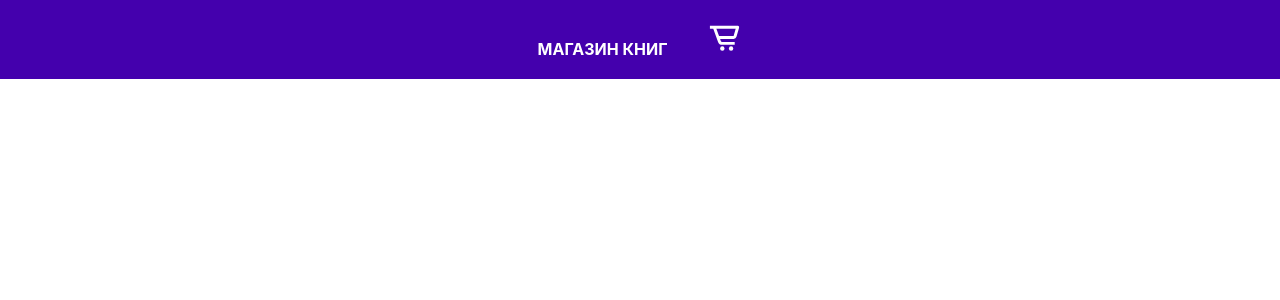
Repository: Minkeani/BookStore
Page: /support
An editor plug-in stored every save of this project. The page is shown before and after the next save, followed by the edit.
The browser window is 1280 px wide. The pictures show the whole page.
The project was rebuilt for these pictures with package versions that can differ from the ones it lists, and the page was loaded fresh each time. Also part of the build but not shown: src/components/BookBasket/BookBasket.css, src/components/BookBasket/BookBasket.jsx, src/components/HomePage/HomePage.css, src/components/CartBlock/BookBlock.css.

Above is the page before, as saved 2022-09-18 11:53:31.

### src/index.js
import React from "react";
import ReactDOM from "react-dom/client";
import "./index.css";
import { BrowserRouter } from "react-router-dom";
import App from "./App";

const root = ReactDOM.createRoot(document.getElementById("root"));
root.render(
  <BrowserRouter>
    <App />
  </BrowserRouter>
);

### src/App.js
import './App.css';
import Header from './components/Header/Header';

function App() {
  return (
    <div className="App">
      <Header/>
    </div>
  );
}

export default App;

### src/components/Header/Header.jsx
import React, { useState } from "react";
import RouteList from "../../routes/RouteList";
import { Link } from "react-router-dom";
import cn from "classnames";
import styles from "./Header.module.scss";
import BookBlock from "../CartBlock/BookBlock";

const Header = () => {
  const [active, setActive] = useState(false);

  return (
    <>
      <header>
        <ul
          className={cn(
            styles.topnav,
            active === true ? styles.responsive : ""
          )}
        >
          <li>
            <Link to="/">Магазин книг</Link>
          </li>
          <li>
            <Link to="/bookBasket">
              <BookBlock />
            </Link>
          </li>
          <li className={styles.icon}>
            <a href="#" onClick={() => setActive(!active)}>
              ☰
            </a>
          </li>
        </ul>
      </header>
      <RouteList />
    </>
  );
};

export default Header;

### src/routes/RouteList.jsx
import React from "react";
import { routes } from "./routes";
import { Routes, Route, Navigate } from "react-router-dom";

const RouteList = () => {
  return (
    <Routes>
      {routes.map((route) => (
        <Route key={route.path} path={route.path} element={<route.element />} />
      ))}
      <Route path="*" element={<Navigate to="/" replace />} />
    </Routes>
  );
};

export default RouteList;

### src/components/Header/Header.module.scss
header {
    position: fixed;
  width: 100%;
  height: 20vh;
  z-index: 3;
  }
.topnav {
    background: #4400ad;
    border-bottom: 0.5px solid white;
    list-style-type: none;
    margin: 0;
    overflow: hidden;
    position: relative;
    transition: all ease 0.5s;
    padding: 0;
  }

  .logo {
    font-size: 2rem;
  }

  .favourite {
    position: relative;
    display: flex;
    align-items: center;
    justify-content: center;
  }


  .favourite span{
    font-size: 40px;
  }

  .favourite span div{
    position: absolute;
    background-color: orange;
    border-radius: 10px;
    padding: 3px;
    font-size: 24px;
    top: -20px;
    right: -10px;
  }

  .active {
    text-decoration: underline;
  }

  .topnav li {
    display: inline-block;
    margin: 0;
  }

  .topnav li a {
    text-decoration: none;
    color: #fff;
    display: block;
    padding: 20px;
    text-transform: uppercase;
    font-weight: bold;
    transition: all ease 0.3s;
  }

  .topnav li a:hover {
    color: rgb(214, 214, 214);
}

  .topnav .icon {
    position: absolute;
    top: 0;
    right: 0;
    display: none;
  }

  .responsive {
     transition: all ease 0.5s;
  }

  @media screen and (max-width: 640px) {
    .topnav li:not(:first-child) {
      display: none;
    }
    ul.topnav li.icon {
      display: block;
    }
  }

  @media screen and (max-width: 640px) {
    ul.topnav.responsive {
      position: relative;
    }
    ul.topnav.responsive li.icon {
      position: absolute;
      right: 0;
      top: 0;
    }
    ul.topnav.responsive li,
    ul.topnav.responsive li a {
      display: block;
      text-align: left;
    }
  }

### src/components/CartBlock/BookBlock.jsx
import React from "react";
import { BiCartAlt } from "react-icons/bi";
import "./BookBlock.css";

const BookBlock = () => {
  return (
    <div className="BookBlock">
      <BiCartAlt
        size={35}
        className="cart-icon"
        // onClick={() => setCartMenuVisible(!isCartMenuVisible)}
      />
    </div>
  );
};

export default BookBlock;

### src/routes/routes.js
import BookBasket from "../components/BookBasket/BookBasket";
import HomePage from "../components/HomePage/HomePage";

export const routes = [
  {
    path: "/",
    element: HomePage,
  },
  {
    path: "/bookBasket",
    element: BookBasket,
  },
];

### src/components/HomePage/HomePage.jsx
import React from 'react';
import './HomePage.css'

const HomePage = () => {
    return (
        <div>

        </div>
    );
}

export default HomePage;

Loaded but not shown: public/index.html (common file); src/index.css (common file); src/App.css (common file)

After the next save:
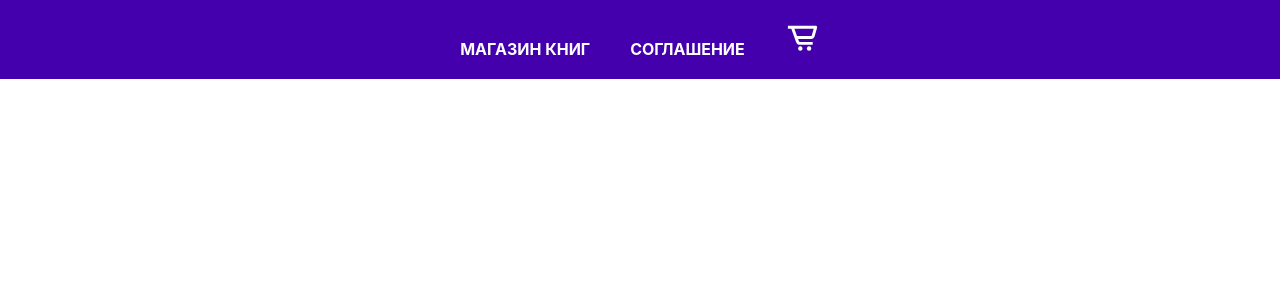
Saved 40 s later.
--- a/src/components/Header/Header.jsx
+++ b/src/components/Header/Header.jsx
@@ -21,6 +21,9 @@
             <Link to="/">Магазин книг</Link>
           </li>
           <li>
+            <Link to="/">Соглашение</Link>
+          </li>
+          <li>
             <Link to="/bookBasket">
               <BookBlock />
             </Link>
